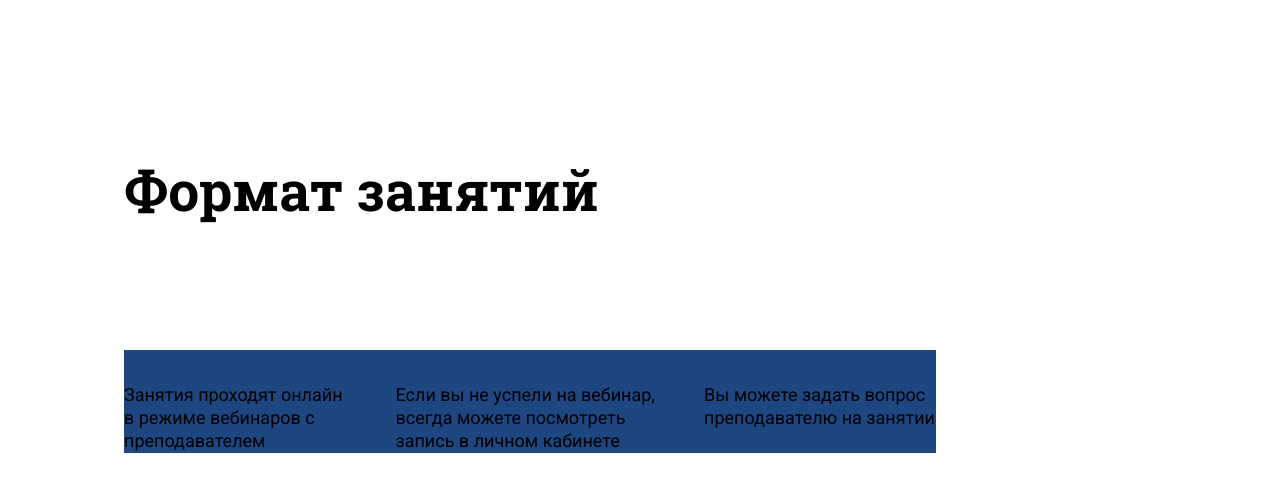
Repository: PoladEziz/Task2
Page: index.html
These files come from the project's save history. The page is drawn as it stood at one moment and after the next save; the edit follows.
The browser window is 1280 px wide. The pictures show the whole page.

Above is the page before, as saved 2023-05-04 17:33:30.

After the next save:
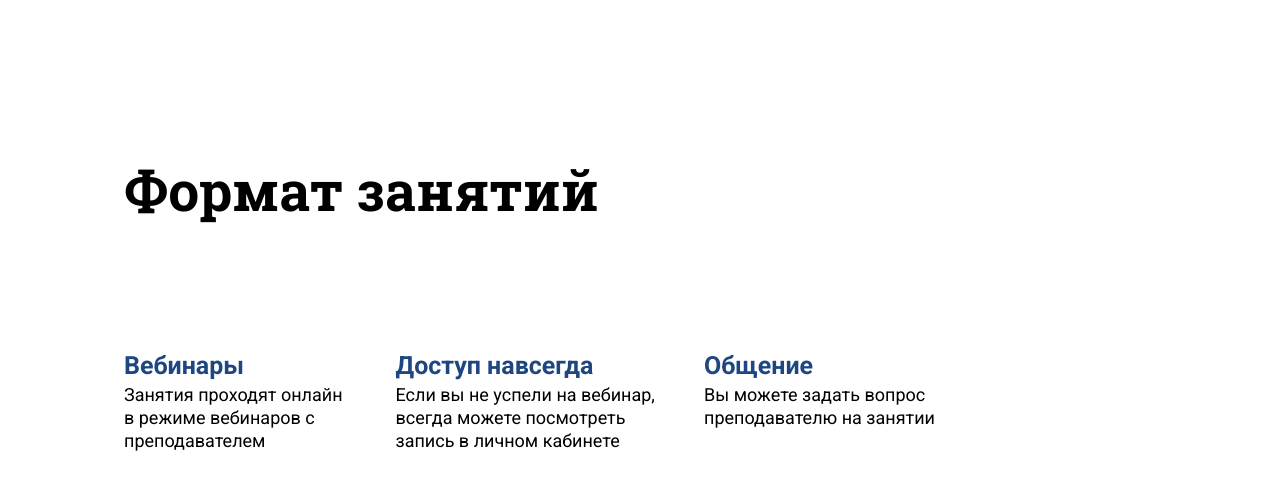
Saved 34 s later.
--- a/index.css
+++ b/index.css
@@ -30,7 +30,6 @@
   width: 100%;
   display: flex;
   justify-content: space-between;
-  background-color: #1e4681;
 }
 .page-1 ul li {
   list-style-type: none;
